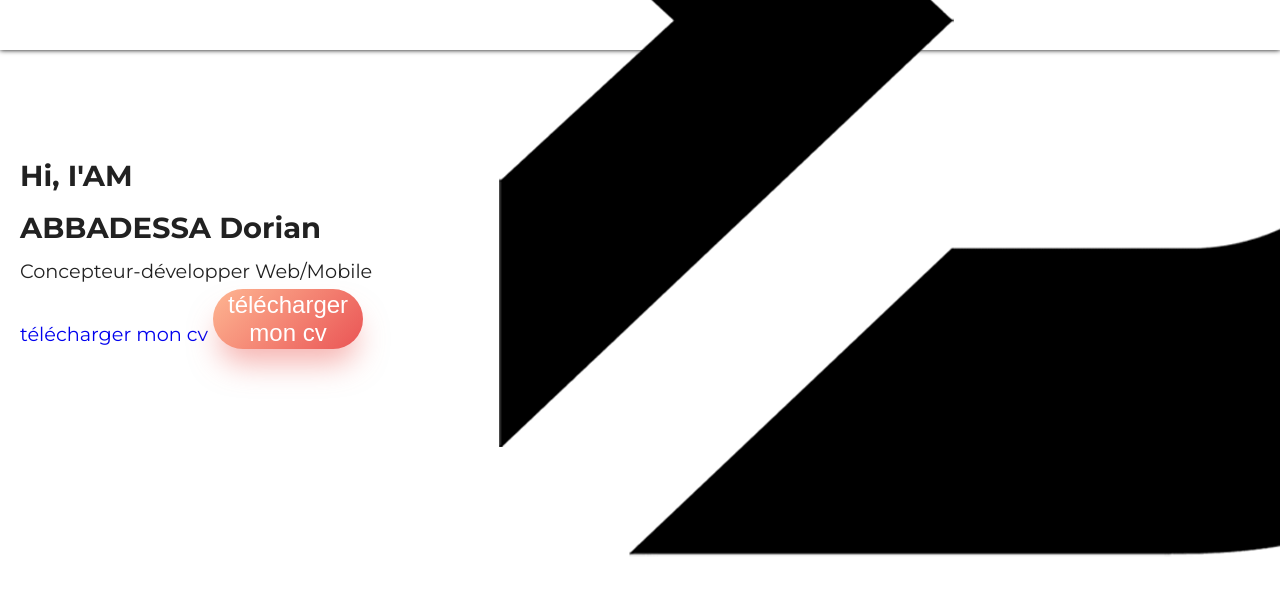
Repository: DorianABDS/Portfolio-ABBADESSA-Dorian
Page: index.html
An editor plug-in stored every save of this project. The page is shown before and after the next save, followed by the edit.
The browser window is 1280 px wide. The pictures show the window.
A layer covers the whole window, so only the first screen is drawn.

Above is the page before, as saved 2024-11-27 00:06:06.

### index.html
<!DOCTYPE html>
<html lang="fr">
<head>
    <meta charset="UTF-8">
    <meta name="viewport" content="width=device-width, initial-scale=1.0">
    <meta charset="UTF-8">
    <meta name="viewport" content="width=device-width, initial-scale=1.0">
    <meta name="keywords" content="Portfolio, ABBADESSA Dorian, Web developper">
    <title>ABBADESSA Dorian - Portfolio</title>
    <link rel="shortcute icon" href="/src/img/Logo Div.png">
    <link rel="stylesheet" href="style.css">
</head>
<body>
    <header class="header">
        <nav class="navbar">
            <a href="index.html" class="logo"><img src="/src/img/Logo plat Div noir.png" alt=""></a>
            <div class="nav-links">
                <ul>
                    <li><a href="index.html">Accueil</a></li>
                    <li><a href="articles.html">Articles</a></li>
                    <li><a href="apropos.html">À propos</a></li>
                    <li><a href="contact.html">Contact</a></li>
                </ul>
            </div>
            <img src="/src/img/bars-solid.svg" alt="menu hamburger" class="menu-hamburger">
        </nav>
        <!-- <div class="social">
            <a href="#" title="Facebook"><img src="/src/img/icone Github.png" alt=""></a>
            <a href="#" title="Twitter"><img src="src/img/icone Linkedin.png" alt=""></a>
        </div> -->
    </header>
    <main>
        <section class="accueil">
            <div class="contrainer-accueil">
                <h2>Hi, I'AM</h2>
                <h1><span>ABBADESSA Dorian</span></h1>
                <p>Concepteur-développer Web/Mobile</p>
                <a href="#">télécharger mon cv</a>
                <button class="btn">télécharger mon cv</button>
            </div>
        </section>
    </main>
</body>
<script>
    const menuHamburger = document.querySelector(".menu-hamburger")
    const navLinks = document.querySelector(".nav-links")
    const social = document.querySelector(".social")

    menuHamburger.addEventListener('click',()=>{
    navLinks.classList.toggle('mobile-menu')
    })
</script>
</html>

### style.css
@font-face {
    font-family: "Montserrat";
    src: url(/src/font/Montserrat-VariableFont_wght.ttf);
}

* {
    margin: 0;
    padding: 0;
    text-decoration: none;
    list-style: none;
    box-sizing: border-box;

}

html, body {
    font-size: 19.3px;
    color: rgba(0, 0, 0, .87);
    background-color: #fff;
    font-family: "Montserrat", sans-serif;
    line-height: 1.8;
    font-weight: 400;
}

.navbar {
    background: rgb(255, 255, 255);
    backdrop-filter: blur(10px);
    box-shadow: 0 0 5px rgb(0, 0, 0);;
    top: 0;
    left: 0;
    height: 50px;
    width: auto;
    position: fixed;
    padding-left: 30px;
    padding-right: 61px;
    width: 100%;
    display: flex;
    justify-content: space-between;
    align-items: center;
    z-index: 1;
}

.navbar a {
    color: #292929;
    font-weight: 700;
    display: inline;
}

.navbar .nav-links ul li a::after {
    content: "";
    display: block;
    height: 2px;
    background: rgb(255, 255, 255);
    transform: scale(0);
    transition: transform 0.2s ease-in-out;
}

.navbar .nav-links ul li a:hover::after {
    transform: scale(1);
}

.navbar .logo {
    transform: none;
    font-weight: 700;
}

.navbar .nav-links ul {
    display: flex;
    align-items: center;
}

.navbar .nav-links ul li {
    display: flex;
    margin: 0 25px;
}

.navbar .nav-links ul li img {
    display: flex;
    padding: -20px;
    margin-left: -23px;
}

.navbar .menu-hamburger {
    display: none;
    position: absolute;
    top: 8px;
    right: 30px;
    width: 30px;
}

.social a {
    border: solid;
}

.accueil {
    padding-top: 100px;
    margin-top: 50px;
    width: 100%;
    height: 100vh;
}

.contrainer-accueil {
    padding-left: 20px;
}

/* .contrainer-accueil a {
    color: #292929;
    text-transform: uppercase;
    font-weight: 700;
    padding: 10px;
    border-radius: 10px;
    border: 0;
    background-color: #E0984A;
} */

.btn {
    transition: all 0.3s ease-in-out;
    font-family: "Dosis", sans-serif;
  }

  .btn {
    width: 150px;
    height: 60px;
    border-radius: 50px;
    background-image: linear-gradient(135deg, #feb692 0%, #ea5455 100%);
    box-shadow: 0 20px 30px -6px rgba(238, 103, 97, 0.5);
    outline: none;
    cursor: pointer;
    border: none;
    font-size: 24px;
    color: white;
  }

  .btn:hover {
    transform: translateY(3px);
    box-shadow: none;
  }

  .btn:active {
    opacity: 0.5;
  }

@media  screen and (max-width: 814px) {
    .navbar .menu-hamburger {
        display: block;
    }

    .nav-links.mobile-menu {
        margin-left: 0;
    }

    .navbar {
        padding: 0;
    }

    .navbar .logo {
        padding-left: 20px;
    }

    .navbar .logo img {
        display: flex;
        align-items: center;
        width: 50px;
    }

    .nav-links {
        position: absolute;
        background-color: rgba(255, 255, 255, 0.12);
        backdrop-filter: blur(8px);
        top: 0;
        left: 0;
        width: 100%;
        height: 100vh;
        display: flex;
        justify-content: center;
        align-items: center;
        margin-left: 100%;
        transition: all 0.5s ease;
    }

    .nav-links ul {
        display: flex;
        flex-direction: column;
        align-items: center;
    }

    .navbar .nav-links ul li {
        margin: 15px 0;
        font-size: 1.2em;
    }

    .accueil h2 {
        font-size: 22px;
        font-weight: 600;
        color: #292929;
    }

    .accueil h1 {
        display: inline-block;
        padding-right: 20px;
        line-height: 100%;
        font-size: 40px;
        letter-spacing: -2px;
        font-weight: 800;
        background: linear-gradient(90deg, rgba(255,50,50,1) 0%, rgba(255,136,0,1) 100%);
        -webkit-background-clip: text;
        -webkit-text-fill-color: transparent;
    }

    .accueil p {
        line-height: 150%;
        padding-right: 20px;
        margin-bottom: 30px;
    }

    /* .contrainer-accueil a {
        display: flex;
        justify-content: center;
        width: 80%;
        margin-top: 30px;
        font-size: 12px;
        padding: 10px 30px;
        background: linear-gradient(90deg, rgba(255,50,50,1) 0%, rgba(255,136,0,1) 100%); */
    }
}

### src/img/bars-solid.svg
<svg xmlns="http://www.w3.org/2000/svg" viewBox="0 0 448 512" fill="#353535"><!--!Font Awesome Free 6.7.0 by @fontawesome - https://fontawesome.com License - https://fontawesome.com/license/free Copyright 2024 Fonticons, Inc.--><path d="M0 96C0 78.3 14.3 64 32 64l384 0c17.7 0 32 14.3 32 32s-14.3 32-32 32L32 128C14.3 128 0 113.7 0 96zM0 256c0-17.7 14.3-32 32-32l384 0c17.7 0 32 14.3 32 32s-14.3 32-32 32L32 288c-17.7 0-32-14.3-32-32zM448 416c0 17.7-14.3 32-32 32L32 448c-17.7 0-32-14.3-32-32s14.3-32 32-32l384 0c17.7 0 32 14.3 32 32z"/></svg>

After the next save:
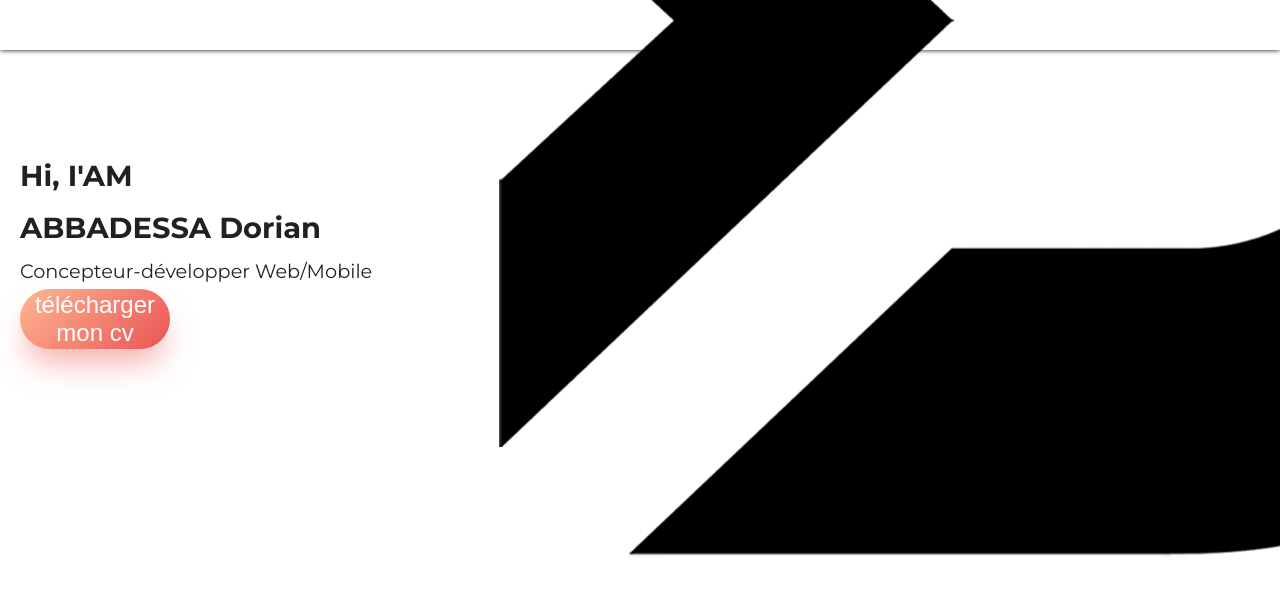
Saved 7 s later.
--- a/index.html
+++ b/index.html
@@ -35,7 +35,7 @@
                 <h2>Hi, I'AM</h2>
                 <h1><span>ABBADESSA Dorian</span></h1>
                 <p>Concepteur-développer Web/Mobile</p>
-                <a href="#">télécharger mon cv</a>
+                <!-- <a href="#">télécharger mon cv</a> -->
                 <button class="btn">télécharger mon cv</button>
             </div>
         </section>
